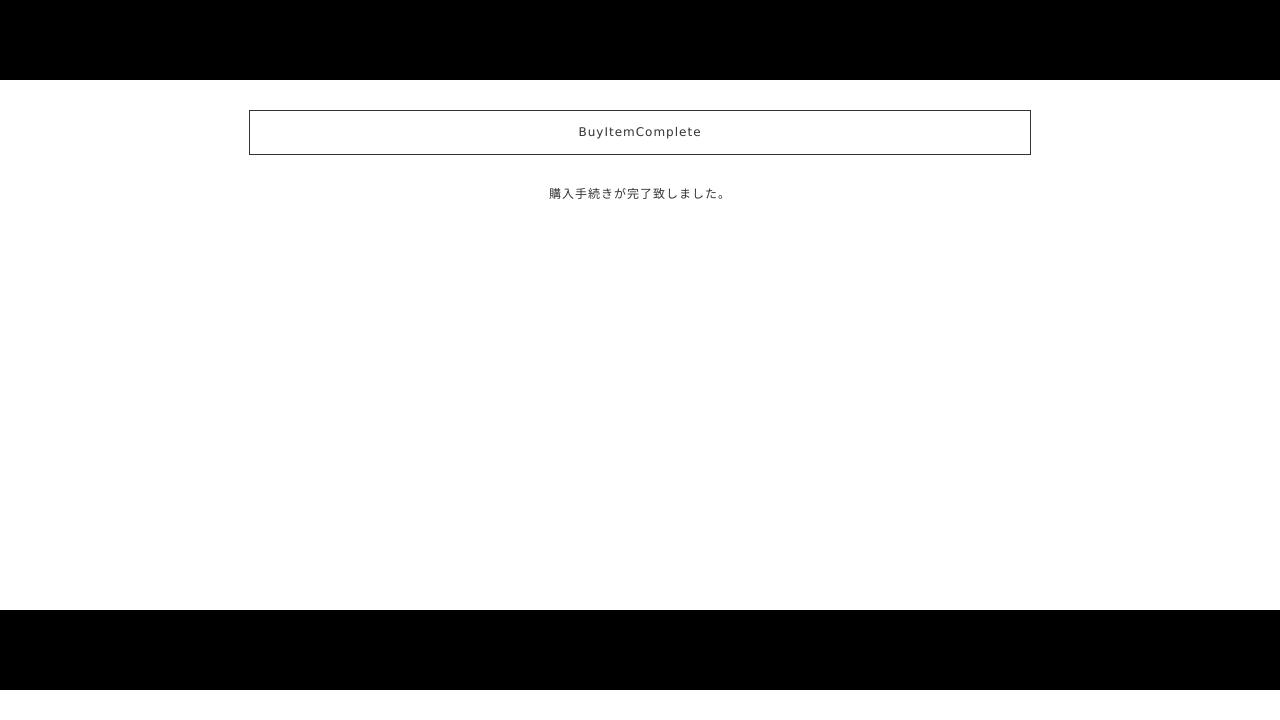
Repository: syunntomo/practice
Page: http://localhost/ecsite/buyItemComplete.jsp
An editor plug-in stored every save of this project. The page is shown before and after the next save, followed by the edit.
The browser window is 1280 px wide. The pictures show the whole page.
The page is served by Tomcat 9.

Above is the page before, as saved 2018-10-24 02:45:23.

After the next save:
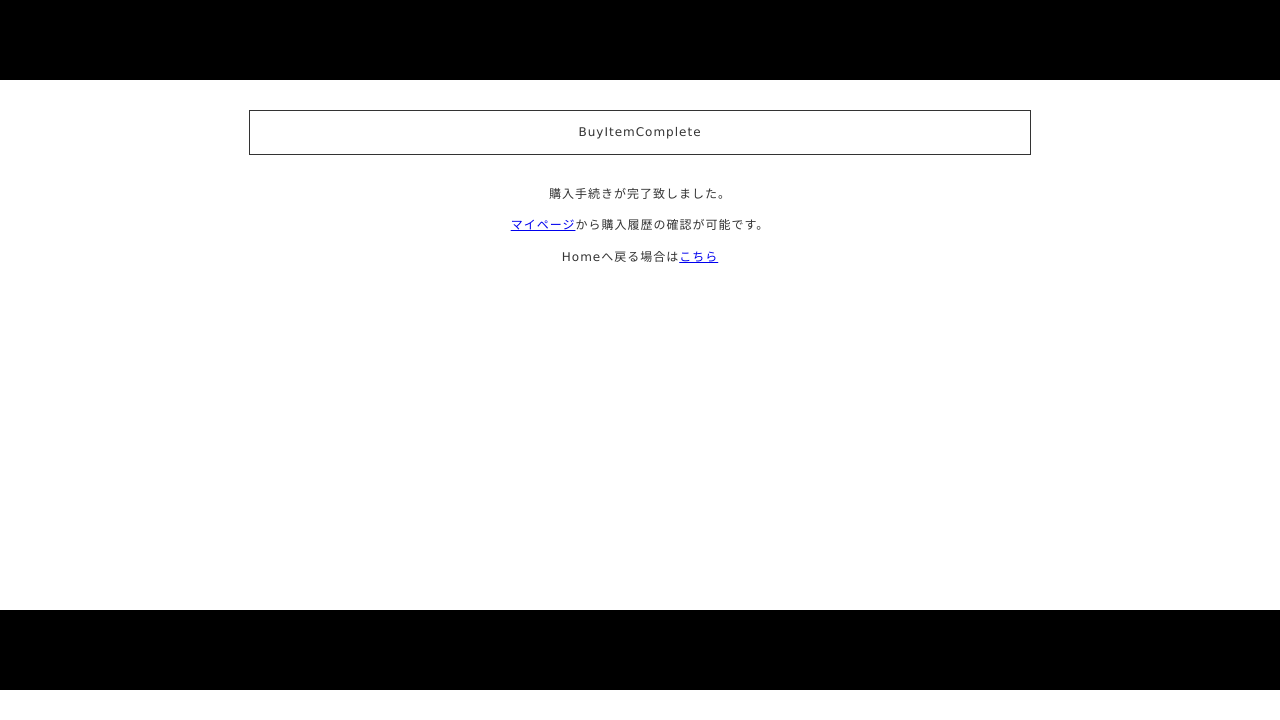
Saved 2 min 25 s later.
--- a/ecsite/WebContent/buyItemComplete.jsp
+++ b/ecsite/WebContent/buyItemComplete.jsp
@@ -71,6 +71,10 @@
 			<div>
 				<p>購入手続きが完了致しました。</p>
 				<div>
+					<a href='<s:url action="MyPageAction"/>'>
+						マイページ</a><span>から購入履歴の確認が可能です。</span>
+					<p>Homeへ戻る場合は<a href='<s:url action="GoHomeAction"/>'>こちら</a></p>
+
 				</div>
 			</div>
 		</div>
